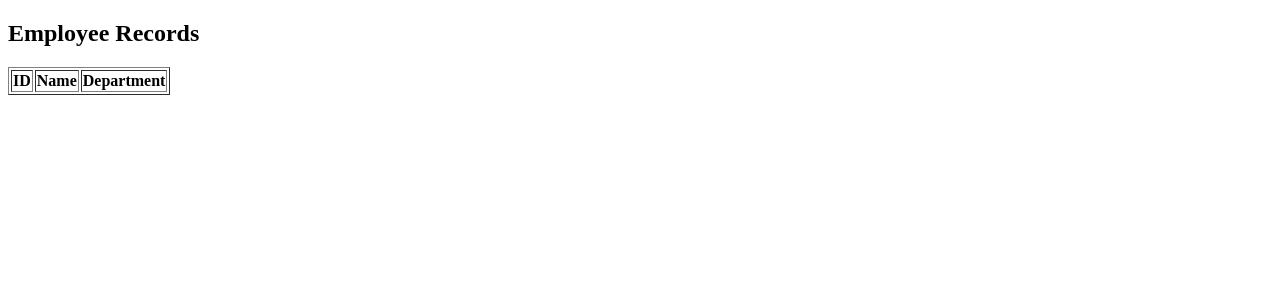
Repository: ashwinii19/Core-Java-Learning
Page: http://localhost/25-JSTL/SQL Tag/Employee Details.jsp
An editor plug-in stored every save of this project. The page is shown before and after the next save, followed by the edit.
The browser window is 1280 px wide. The pictures show the whole page.
The page is served by Tomcat 9. Queries for data that is not in the repository find no rows.

Above is the page before, as saved 2025-08-24 16:34:26.

### 25-JSTL/src/main/webapp/SQL Tag/Employee Details.jsp
<%@ page language="java" contentType="text/html; charset=ISO-8859-1"
    pageEncoding="ISO-8859-1"%>

    <%@ taglib uri="http://java.sun.com/jsp/jstl/sql" prefix="sql" %>
    <%@ taglib uri="http://java.sun.com/jsp/jstl/core" prefix="c" %>
<!DOCTYPE html>
<html>
<head>
<meta charset="ISO-8859-1">
<title>Employee List</title>
</head>
<body>

	<sql:setDataSource var="db" driver="com.mysql.cj.jdbc.Driver" url="jdbc:mysql://localhost:3306/company_db"
	user="root" password="admin#123"/>

	<sql:query var="empData" dataSource="${db }" >
	SELECT * FROM employees WHERE id = ?;
	<sql:param value="${param.id }"></sql:param>
	</sql:query>

	<h2>Employee Records</h2>
	<table border="1">
	<tr><th>ID</th><th>Name</th><th>Department</th></tr>

	<c:forEach var="row" items="${empData.rows}">
	<p>ID : ${row.id }</p>
	<p>Name : ${row.name }</p>
	<p>Department : ${row.department }</p>
	</c:forEach>
	</table>


</body>
</html>

After the next save:
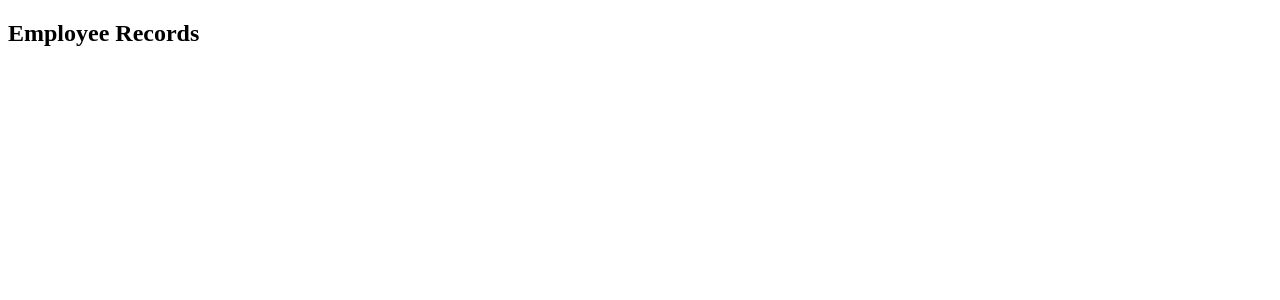
Saved 47 s later.
--- a/25-JSTL/src/main/webapp/SQL Tag/Employee Details.jsp
+++ b/25-JSTL/src/main/webapp/SQL Tag/Employee Details.jsp
@@ -20,15 +20,13 @@
 	</sql:query>
 
 	<h2>Employee Records</h2>
-	<table border="1">
-	<tr><th>ID</th><th>Name</th><th>Department</th></tr>
 
 	<c:forEach var="row" items="${empData.rows}">
 	<p>ID : ${row.id }</p>
 	<p>Name : ${row.name }</p>
 	<p>Department : ${row.department }</p>
 	</c:forEach>
-	</table>
+
 
 
 </body>
